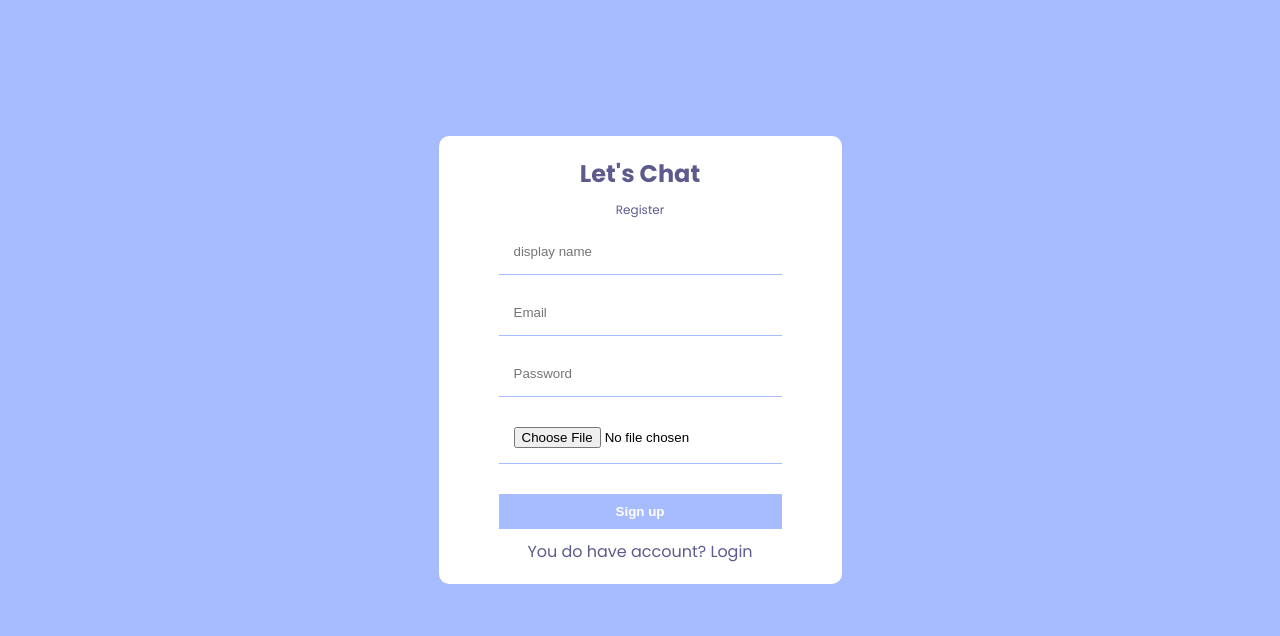
Repository: shikubro90/chatapp
Page: /
These files come from the project's save history. The page is drawn as it stood at one moment and after the next save; the edit follows.
The browser window is 1280 px wide. The pictures show the whole page.
The project was rebuilt for these pictures with package versions that can differ from the ones it lists, and the page was loaded fresh each time.

Above is the page before, as saved 2022-09-08 15:45:53.

### src/App.js
import './App.css';
import Register from './pages/Register';
import './style.scss'

function App() {
  return (
    <div className="App">
      <Register/>
    </div>
  );
}

export default App;

### src/App.css
@import url(https://fonts.googleapis.com/css?family=Poppins:100,100italic,200,200italic,300,300italic,regular,italic,500,500italic,600,600italic,700,700italic,800,800italic,900,900italic);



*{
  margin: 0;
  padding: 0;
}

body,html{
  font-family: "Poppins", sans-serif, system-ui, -apple-system, BlinkMacSystemFont, 'Segoe UI', Roboto, Oxygen, Ubuntu, Cantarell, 'Open Sans', 'Helvetica Neue', sans-serif;
  box-sizing: border-box;
}


/* .App {
  text-align: center;
}

.App-logo {
  height: 40vmin;
  pointer-events: none;
}

@media (prefers-reduced-motion: no-preference) {
  .App-logo {
    animation: App-logo-spin infinite 20s linear;
  }
}

.App-header {
  background-color: #282c34;
  min-height: 100vh;
  display: flex;
  flex-direction: column;
  align-items: center;
  justify-content: center;
  font-size: calc(10px + 2vmin);
  color: white;
}

.App-link {
  color: #61dafb;
}

@keyframes App-logo-spin {
  from {
    transform: rotate(0deg);
  }
  to {
    transform: rotate(360deg);
  }
} */

### src/pages/Register.jsx


const Register = () => {
  return (
    <div className='formContainer'>
        <div className="formWrapper">

            <span className='logo'>Let's Chat</span>
            <span className='title'>Register</span>

            <form action="">
                <input type="text" placeholder='display name' />
                <input type="email" placeholder='Email'/>
                <input type="password" placeholder='Password'/>
                <input type="file" id="file" />
                <label htmlFor="id"></label>
                <button>Sign up</button>
            </form>

            <p>You do have account? Login</p>

        </div>
    </div>
  )
}

export default Register

### src/style.scss
.formContainer{
    background-color: #a7bcff;
    height: 100vh;
    display: flex;
    align-items: center;
    justify-content: center;

    .formWrapper{

        background-color: white;
        padding: 20px 60px;
        border-radius: 10px;
        display: flex;
        flex-direction: column;
        gap: 10px;
        align-items: center;

        form{

            display: flex;
            flex-direction: column;
            gap: 15px;

            input{
                padding: 15px;
                border: none;
                border-bottom: 1px solid #a7bcff;
                outline: none;
            }&::placeholder{
                color: rgba(175, 175, 175);
            }

            button{
                background-color: #a7bcff;
                color: white;
                padding: 10px;
                font-weight: bold;
                border: none;
                cursor: pointer;
            }
        }

        p{
            color: #5d5b8d;

        }

        .logo{
            color: #5d5b8d;
            font-weight: bold;
            font-size: 24px;
        }

        .title{
            color: #5d5b8d;
            font-size: 12px;
        }
    }
}

Loaded but not shown: src/index.js (common file)

After the next save:
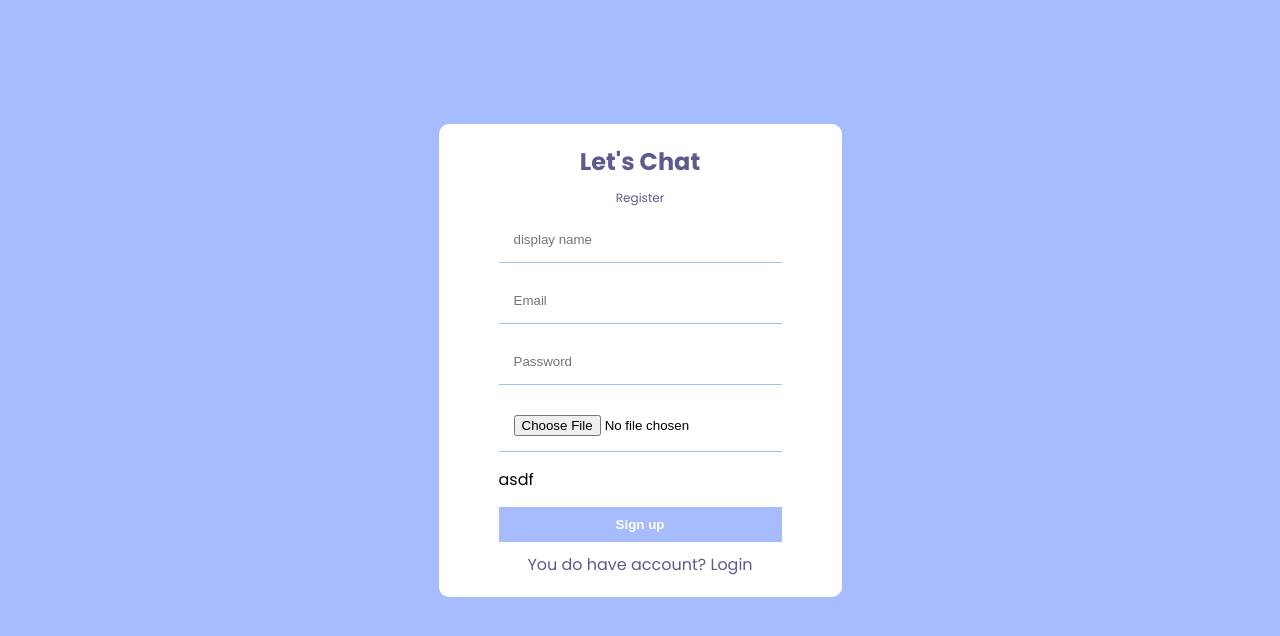
Saved 5 s later.
--- a/src/pages/Register.jsx
+++ b/src/pages/Register.jsx
@@ -13,7 +13,9 @@ const Register = () => {
                 <input type="email" placeholder='Email'/>
                 <input type="password" placeholder='Password'/>
                 <input type="file" id="file" />
-                <label htmlFor="id"></label>
+                <label htmlFor="id">
+                  asdf
+                </label>
                 <button>Sign up</button>
             </form>
 
